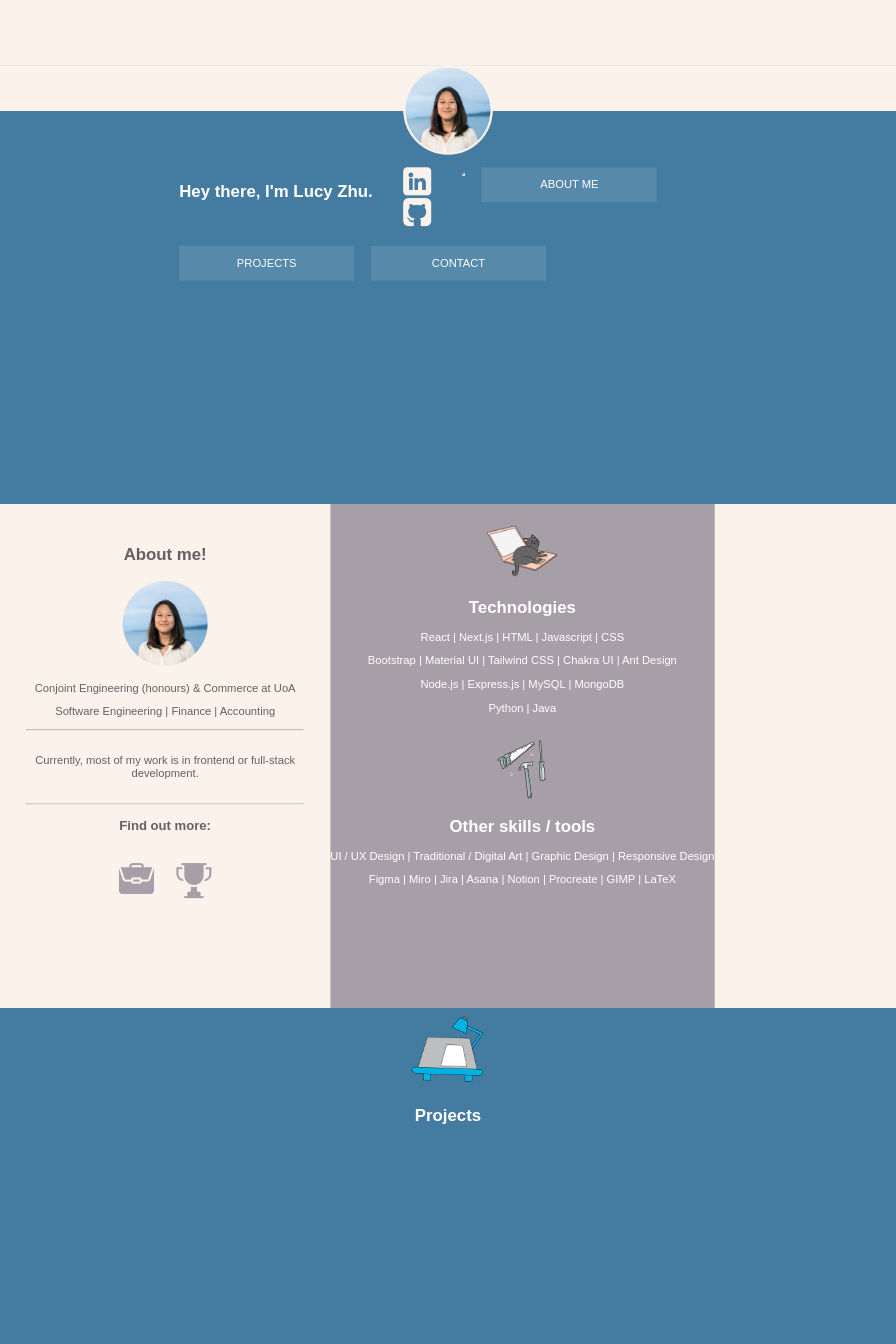
Repository: lukisoo/lukisoo-portfolio
Page: /
An editor plug-in stored every save of this project. The page is shown before and after the next save, followed by the edit.
The browser window is 1280 px wide. The pictures show the part of the page from y = 0 to 1920 px (the page is 2880 px tall), at 70% of full size.
The project was rebuilt for these pictures with package versions that can differ from the ones it lists, and the page was loaded fresh each time.

Above is the page before, as saved 2022-07-31 15:32:07.

After the next save:
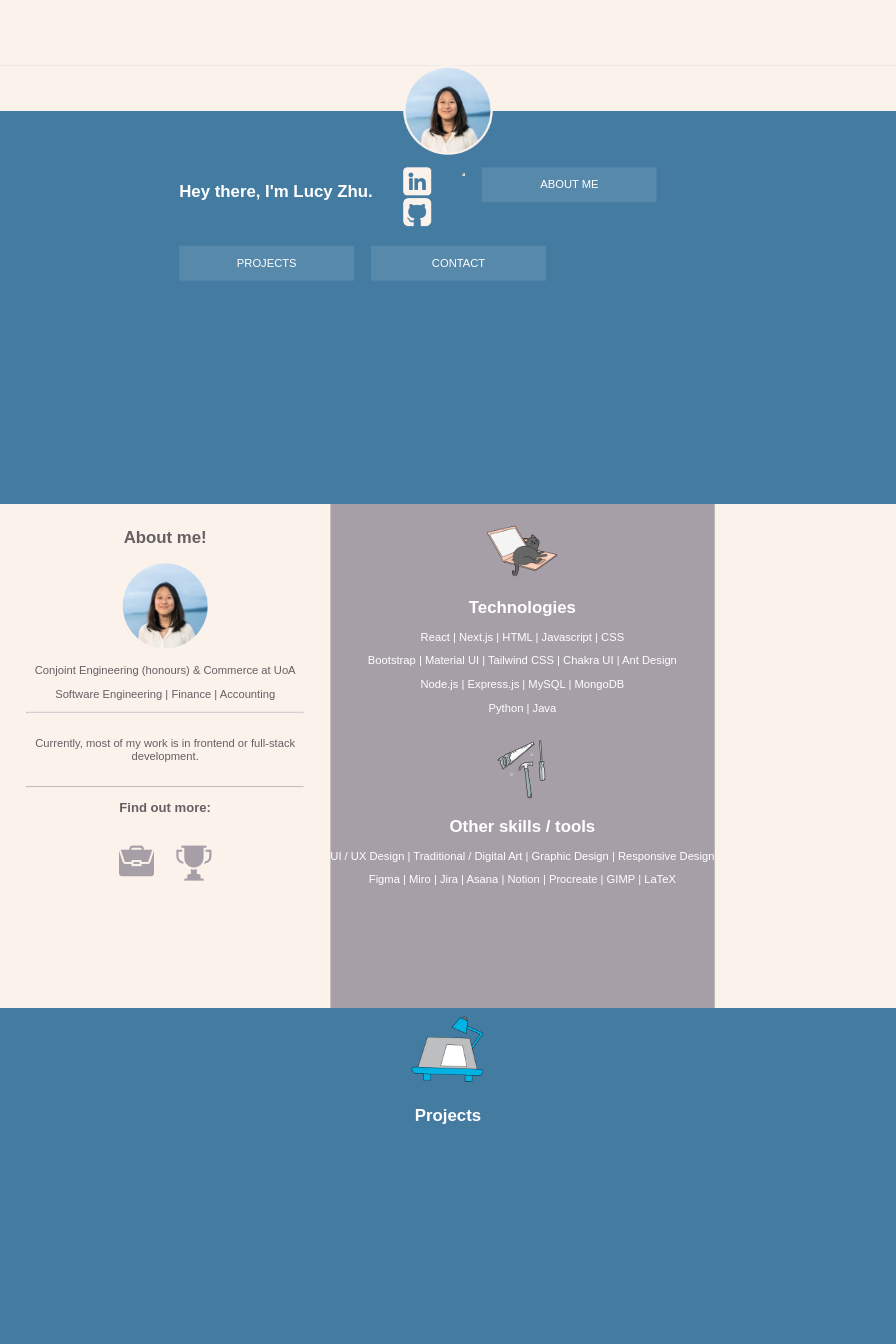
Saved 41 s later.
--- a/src/App.js
+++ b/src/App.js
@@ -94,10 +94,10 @@
       </header>
 
       <section id="about-me-section" className="full-section">
-      <motion.div viewport={{once: true}} transition={{ duration: 1}} whileInView={{ y: ["-2000px", "0px", "-50px", "-25px"],}}></motion.div>
+
         <div className="about-me-content">
           <Grid container spacing={0}>
-            <Grid item xs={12} md={4}>
+                  <motion.div viewport={{once: true}} transition={{ duration: 1}} whileInView={{ y: ["-2000px", "0px", "-50px", "-25px"],}}><Grid item xs={12} md={4}>
               <div className="about-me-left">
                 <div className="details-content">
                   <h1>About me!</h1>
@@ -136,7 +136,7 @@
                   </div>
                 </div>
               </div>
-            </Grid>
+            </Grid></motion.div>
             <Grid item xs={12} md={8}>
               <div className="about-me-right">
                 <div className="skills-content">

After the save that followed:
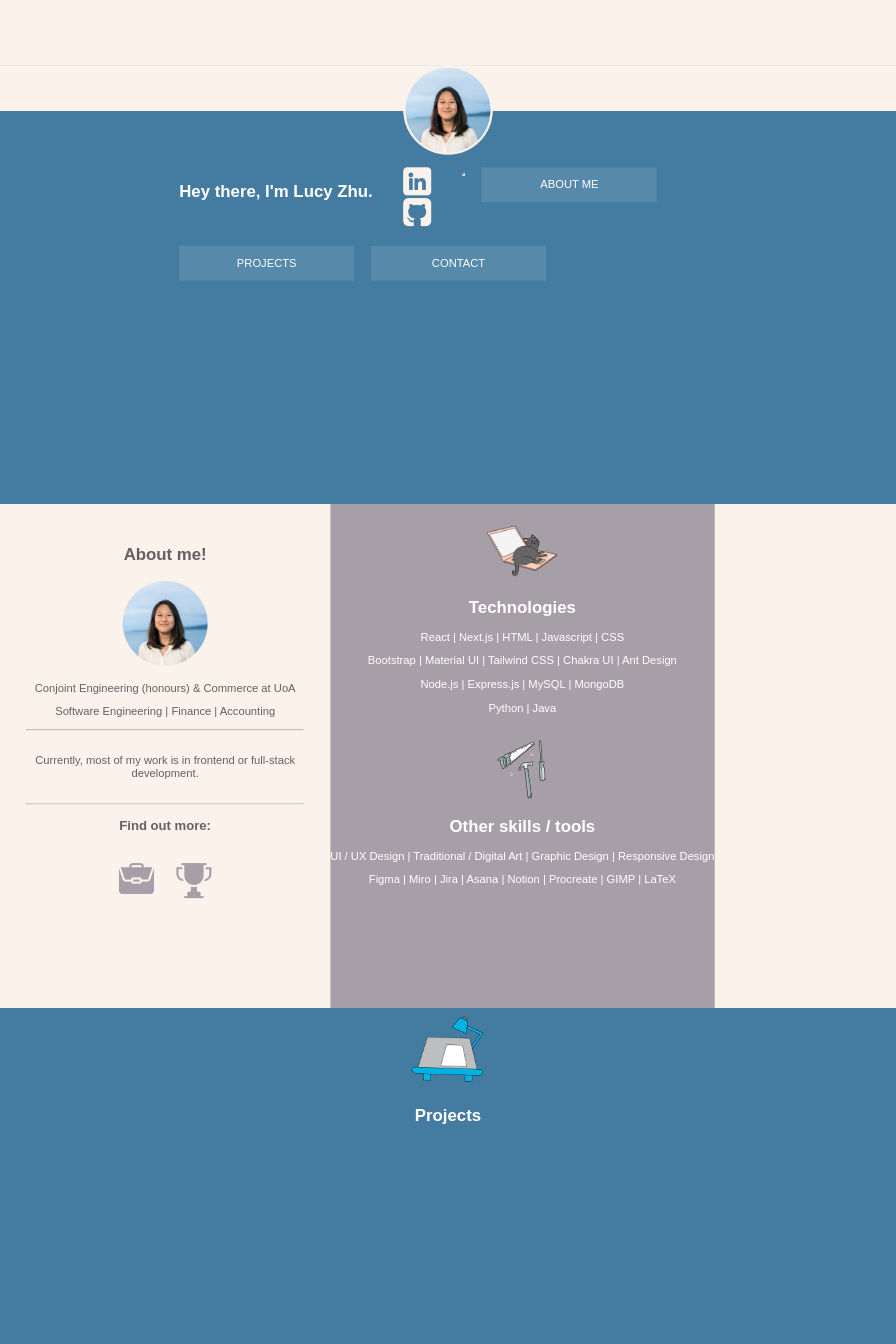
Saved 3 min 41 s later.
--- a/src/App.js
+++ b/src/App.js
@@ -94,10 +94,10 @@
       </header>
 
       <section id="about-me-section" className="full-section">
-
+      <motion.div viewport={{once: true}} transition={{ duration: 1}} whileInView={{ y: ["-2000px", "0px", "-50px", "-25px"],}}></motion.div>
         <div className="about-me-content">
           <Grid container spacing={0}>
-                  <motion.div viewport={{once: true}} transition={{ duration: 1}} whileInView={{ y: ["-2000px", "0px", "-50px", "-25px"],}}><Grid item xs={12} md={4}>
+            <Grid item xs={12} md={4}>
               <div className="about-me-left">
                 <div className="details-content">
                   <h1>About me!</h1>
@@ -136,7 +136,7 @@
                   </div>
                 </div>
               </div>
-            </Grid></motion.div>
+            </Grid>
             <Grid item xs={12} md={8}>
               <div className="about-me-right">
                 <div className="skills-content">
